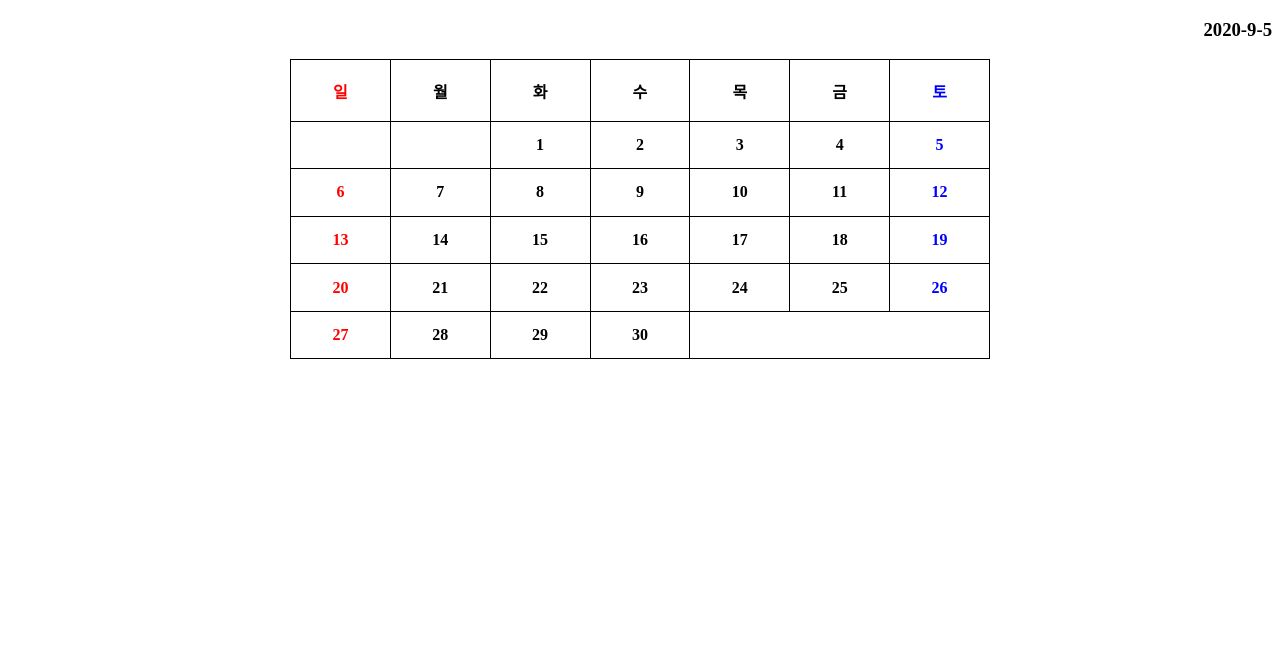
Repository: gyungmean/2020_2_webProgramming
Page: http://localhost/week6/Practice19/Practice19.jsp
These files come from the project's save history. The page is drawn as it stood at one moment and after the next save; the edit follows.
The browser window is 1280 px wide. The pictures show the whole page.
The page is served by Tomcat 9.

Above is the page before, as saved 2020-10-26 14:04:24.

### week6/week6/WebContent/Practice19/Practice19.jsp
<%--컴퓨터학과 20190941 김경민 --%>
<%--최적 실행화면 : Eclipse built-in --%>
<%@ page language="java" contentType="text/html; charset=UTF-8"
    pageEncoding="UTF-8"%>
<!DOCTYPE html>
<html>
<head>
<title>calendar.jsp</title>
<style>
	table.cal {
		width: 700px;
	    height: 300px;
	    border: 1px solid black;
	    border-collapse: collapse;
  	}
  	th.cal, td.cal {
    	border: 1px solid black;
    	text-align: center;
    	font-weight: bold;
  	}
  	h3 {
  		text-align : right;
  	}
</style>
</head>
<body>
<%@ page import="java.util.Calendar" %>
<%!
	public String parseDay(int cnt, String day){
		if(cnt == 7){
			return "<font color=\"blue\">" + day + "</font>";
		}
		else if(cnt == 1){
			return "<font color=\"red\">" + day + "</font>";
		}
		return "<font color=\"black\">" + day + "</font>";
	}
%>
<%
	Calendar today = Calendar.getInstance();

	int year = today.get(Calendar.YEAR);
	int month = today.get(Calendar.MONTH) + 1;
	Calendar cal = Calendar.getInstance();;
	cal.set(year, month - 1, 1);
	int date = today.get(Calendar.DATE);

	out.println("<h3>" + year + "-" + month + "-" + date + "</h3>");

	cal.set(year, month - 1, 1);
	int day = cal.get(Calendar.DAY_OF_WEEK);
	int day_count = 0;
	String[] day_word = {"일", "월" , "화", "수", "목", "금", "토"};

	out.println("<div align=\"center\">");
	out.println("<table class=\"cal\">");
	out.println("<tr class=\"cal\">");
		for(int i = 1; i <= 7; i++){
			out.println("<td class=\"cal\">" + parseDay(i, day_word[i - 1]) + "</td>");
		}
	out.println("</tr>");
	out.println("<tr class=\"cal\">");
		for(int i = 1; i < day; i++){
			out.println("<td class=\"cal\">&nbsp;</td>");
			day_count++;
		}
		for(int i = 1; i <= cal.getActualMaximum(Calendar.DAY_OF_MONTH); i++){
			if(day_count % 7 == 0){
				out.println("</tr>");
				out.println("<tr class=\"cal\">");
			}
			out.println("<td class=\"cal\">"+ parseDay(day_count % 7 + 1 , Integer.toString(i)) + "</td>");
			day_count++;
		}
		out.println("</tr>");
	out.println("</table>");
	out.println("</div>");

%>
</body>
</html>

After the next save:
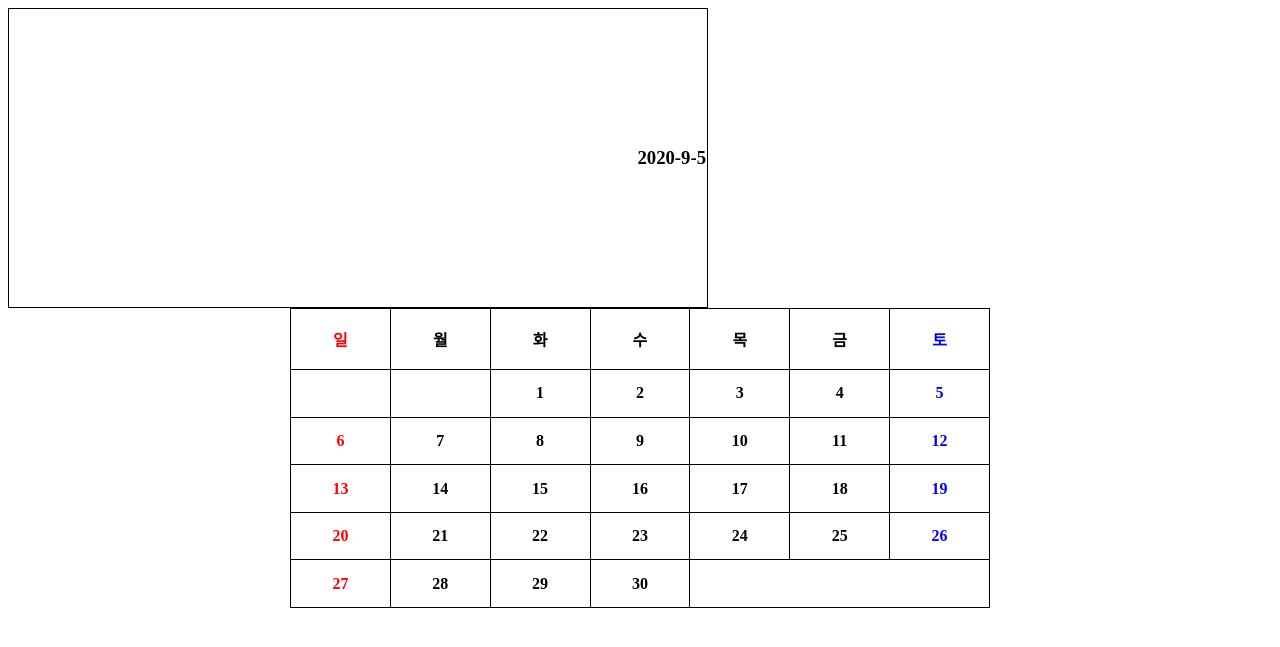
Saved 91 s later.
--- a/week6/week6/WebContent/Practice19/Practice19.jsp
+++ b/week6/week6/WebContent/Practice19/Practice19.jsp
@@ -44,8 +44,11 @@
 	Calendar cal = Calendar.getInstance();;
 	cal.set(year, month - 1, 1);
 	int date = today.get(Calendar.DATE);
-
-	out.println("<h3>" + year + "-" + month + "-" + date + "</h3>");
+	out.println("<table class=\"cal\">");
+	out.println("<tr>");
+	out.println("<td><h3>" + year + "-" + month + "-" + date + "</h3></td>");
+	out.println("</tr>");
+	out.println("</table>");
 
 	cal.set(year, month - 1, 1);
 	int day = cal.get(Calendar.DAY_OF_WEEK);
